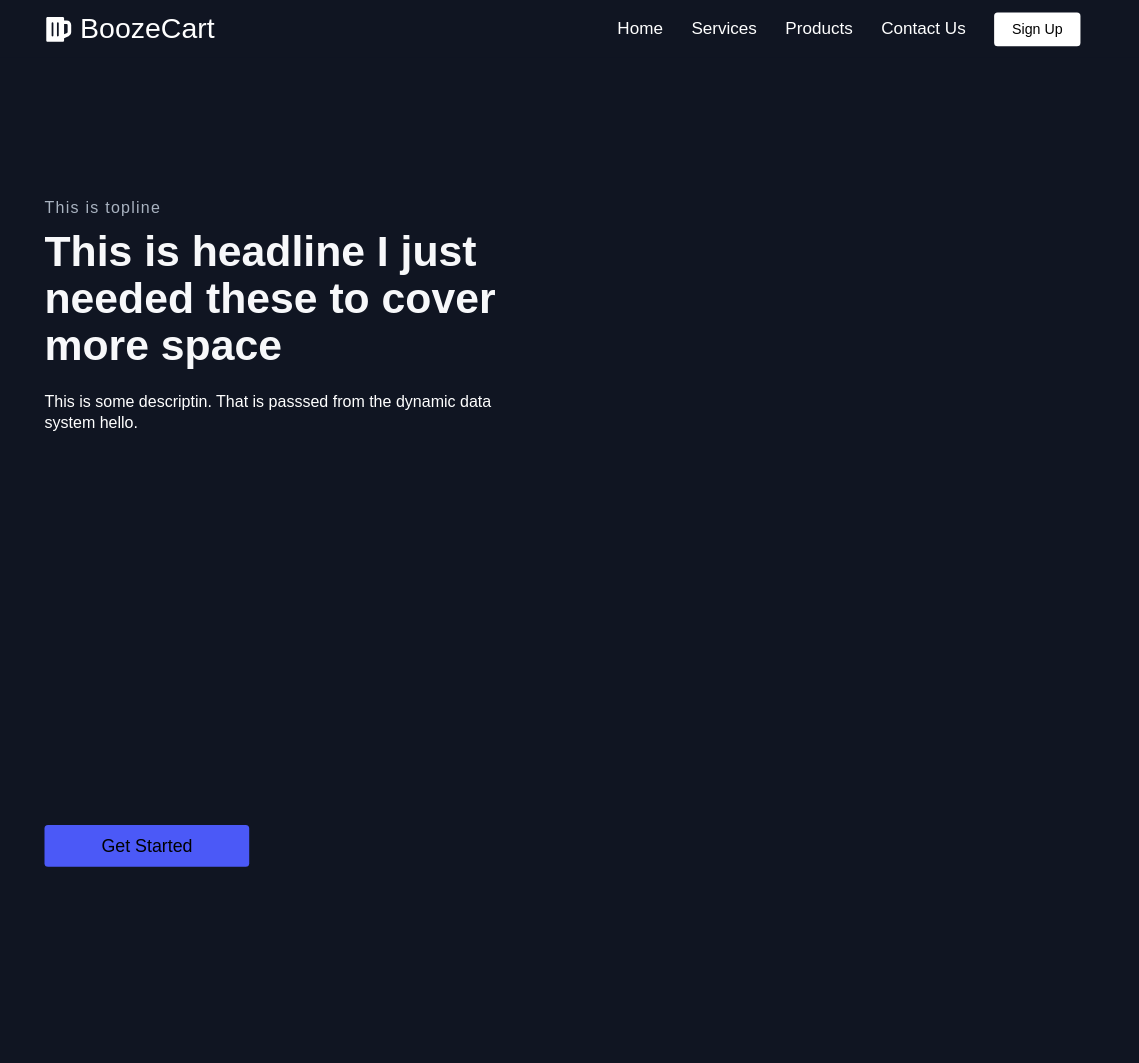
Repository: ajaygc95/Django-and-react
Page: / (app in galamart_sell/boozecart/)
These files come from the project's save history. The page is drawn as it stood at one moment and after the next save; the edit follows.
The browser window is 1280 px wide. The pictures show the whole page, at 89% of full size.
The project was rebuilt for these pictures with package versions that can differ from the ones it lists, and the page was loaded fresh each time.

Above is the page before, as saved 2021-04-13 00:01:12.

### galamart_sell/boozecart/src/App.js
import { Navbar } from "./components";
import { BrowserRouter as Router, Switch, Route } from "react-router-dom";
import GlobalStyle from "./globalStyles";
import Home from "./pages/HomePage/Home";
function App() {
  return (
    <Router>
      <GlobalStyle />
      <Navbar></Navbar>
      <Switch>
        <Route path="/" exact component={Home}></Route>
      </Switch>
    </Router>
  );
}

export default App;

### galamart_sell/boozecart/src/components/index.js
export { default as Navbar } from "./NavBar/Navbar";
export { default as InfoSection } from "./InfoSection/InfoSection";

### galamart_sell/boozecart/src/globalStyles.js
import styled, { createGlobalStyle } from "styled-components";

const GlobalStyle = createGlobalStyle`
*{
    box-sizing: border-box;
    margin: 0;
    padding: 0;
    font-family: 'Source Sans Pro', sans-serif;
}

`;

export const Container = styled.div`
  z-index: 1;
  width: 100%;
  margin-right: auto;
  margin-left: auto;
  max-width: 1300px;
  padding-right: 50px;
  padding-left: 50px;

  @media screen and (max-width: 991px) {
    padding-right: 30px;
    padding-left: 30px;
  }
`;

export const Button = styled.button`
  border-radius: 4px;
  background: ${({ primary }) => (primary ? "#4b59f7" : "white")};
  white-space: nowrap;
  padding: ${({ big }) => (big ? "12px 64px" : "10px 20px")};
  font-size: ${({ fontBig }) => (fontBig ? "20px" : "16px")};
  outline: none;
  border: none;
  cursor: pointer;

  &:hover {
    transition: all 0.3s ease-out;
    background: ${({ primary }) => (primary ? "#0467fb" : "#4b59f7")};
    color: white;
  }

  @media screen and (max-width: 960px) {
    width: 100%;
  }
`;

export default GlobalStyle;

### galamart_sell/boozecart/src/pages/HomePage/Home.js
import React from "react";
import { InfoSection } from "../../components";
import { homeObj } from "./Data";

const Home = () => {
  return (
    <>
      <InfoSection {...homeObj}></InfoSection>
    </>
  );
};

export default Home;

### galamart_sell/boozecart/src/components/NavBar/Navbar.js
import React, { useEffect, useState } from "react";
import { FaBars, FaTimes } from "react-icons/fa";
import { Button } from "../../globalStyles";

import {
  Nav,
  NavbarContainer,
  NavIcon,
  NavLogo,
  MobileIcon,
  NavMenu,
  NavItem,
  NavLinks,
  NavItemBtn,
  NavBtnLink,
} from "./Navbar.element";

const Navbar = () => {
  const [click, setClick] = useState(false);
  const [button, setButton] = useState(true);
  const handleClick = () => setClick(!click);

  const showButton = () => {
    if (window.innerWidth <= 960) {
      setButton(false);
    } else {
      setButton(true);
    }
  };

  useEffect(() => {
    showButton();
  });
  window.addEventListener("resize", showButton);
  return (
    <>
      <Nav>
        <NavbarContainer>
          <NavLogo to="/">
            <NavIcon />
            BoozeCart
          </NavLogo>
          <MobileIcon onClick={handleClick}>
            {click ? <FaTimes /> : <FaBars />}
          </MobileIcon>
          <NavMenu onClick={handleClick} click={click}>
            <NavItem>
              <NavLinks to="/">Home</NavLinks>
            </NavItem>
            <NavItem>
              <NavLinks to="/services">Services</NavLinks>
            </NavItem>
            <NavItem>
              <NavLinks to="/Products">Products</NavLinks>
            </NavItem>
            <NavItem>
              <NavLinks to="/contact">Contact Us</NavLinks>
            </NavItem>
            <NavItemBtn>
              {button ? (
                <NavBtnLink to="/sign-up">
                  <Button> Sign Up</Button>
                </NavBtnLink>
              ) : (
                <NavBtnLink to="/sign-up">
                  <Button fontBig primary>
                    Sign Up
                  </Button>
                </NavBtnLink>
              )}
            </NavItemBtn>
          </NavMenu>
        </NavbarContainer>
      </Nav>
    </>
  );
};

export default Navbar;

### galamart_sell/boozecart/src/components/InfoSection/InfoSection.js
import React from "react";
import { Link } from "react-router-dom";
import { Button, Container } from "../../globalStyles";
import {
  Heading,
  InfoColumn,
  InfoRow,
  InfoSec,
  Subtitle,
  TextWrapper,
  TopLine,
} from "./InfoSection.element";

const InfoSection = ({
  primary,
  lightBg,
  imgStart,
  lightTopLine,
  lightTextDesc,
  buttonLabel,
  description,
  headline,
  lightText,
  topLine,
}) => {
  return (
    <>
      <InfoSec lightBg={lightBg}>
        <Container>
          <InfoRow imgStart={imgStart}>
            <InfoColumn>
              <TextWrapper>
                <TopLine lightTopLine={lightTopLine}>{topLine}</TopLine>
                <Heading lightText={lightText}>{headline}</Heading>
                <Subtitle lightText={lightTextDesc}>{description}</Subtitle>
                <Link to="/sign-up">
                  <Button big fontBig primary={primary}>
                    {buttonLabel}
                  </Button>
                </Link>
              </TextWrapper>
            </InfoColumn>
          </InfoRow>
        </Container>
      </InfoSec>
    </>
  );
};

export default InfoSection;

### galamart_sell/boozecart/src/pages/HomePage/Data.js
export const homeObj = {
  lightBg: false,
  primary: true,
  lightBg: false,
  imgStart: "",
  lightTopLine: true,
  lightTextDesc: true,
  buttonLabel: "Get Started",
  description:
    "This is some descriptin. That is passsed from the dynamic data system hello. ",
  headline: "This is headline I just needed these to cover more space",
  lightText: true,
  topLine: "This is topline",
};

### galamart_sell/boozecart/src/components/NavBar/Navbar.element.js
import styled from "styled-components";
import { Container } from "../../globalStyles";
import { Link } from "react-router-dom";
import { FaBeer } from "react-icons/fa";

export const Nav = styled.nav`
  background: #101522;
  height: 65px;
  display: flex;
  justify-content: center;
  align-items: center;
  font-size: 1.2rem;
  position: sticky;
  top: 0;
  z-index: 999;
  color: white;
`;

export const NavbarContainer = styled(Container)`
  display: flex;
  justify-content: space-between;
  align-items: center;
  height: 65px;
$(Container)

`;

export const NavLogo = styled(Link)`
  color: #fff;
  justify-self: flex-start;
  cursor: pointer;
  text-decoration: none;
  font-size: 2rem;
  display: flex;
  align-items: center;
`;

export const NavIcon = styled(FaBeer)`
  margin-right: 0.5rem;
  color: white;
`;

export const MobileIcon = styled.div`
  display: none;

  @media screen and (max-width: 960px) {
    display: flex;
    align-items: center;
    display: block;
    position: absolute;
    right: 10px;
    line-height: 65px;
    font-size: 2rem;
    cursor: pointer;
  }
`;

export const NavMenu = styled.ul`
  display: flex;
  align-items: center;
  text-align: center;
  list-style: none;

  @media screen and (max-width: 960px) {
    display: flex;
    flex-direction: column;
    width: 100%;
    height: 90vh;
    position: absolute;
    top: 65px;
    left: ${({ click }) => (click ? 0 : "-100%")};
    opacity: 1;
    transition: all 0.3s ease;
    background: #101522;
  }
`;

export const NavItem = styled.li`
  height: 65px;
  border-bottom: 2px solid transparent;

  &:hover {
    border-bottom: 2px solid #0467fb;
  }

  @media screen and (max-width: 960px) {
    width: 100%;
    align-items: center;
    &:hover {
      border: none;
    }
  }
`;

export const NavLinks = styled(Link)`
  color: #fff;
  display: flex;
  align-items: center;
  text-decoration: none;
  padding: 0.5rem 1rem;
  height: 100%;

  &:hover {
    color: #0467fb;
  }

  @media screen and (max-width: 960px) {
    text-align: center;
    padding: 2rem;
    width: 100%;
    display: table;

    &:hover {
      color: #4b59f7;
      transition: all 0.3s ease;
    }
  }
`;

export const NavItemBtn = styled.li`
  display: flex;
  @media screen and (max-width: 960px) {
    display: flex;
    justify-content: center;
    width: 100%;
    width: 100%;
    height: 120px;
  }
`;

export const NavBtnLink = styled(Link)`
  display: flex;
  justify-content: center;
  align-items: center;
  text-decoration: none;
  padding: 8px 16px;
  height: 100%;
  width: 100%;
  border: none;
  outline: none;
`;

### galamart_sell/boozecart/src/components/InfoSection/InfoSection.element.js
import styled from "styled-components";

export const InfoSec = styled.div`
  color: #fff;
  padding: 160px 0;
  background: ${({ lightBg }) => (lightBg ? "#fff" : "#101522")};
`;

export const InfoRow = styled.div`
  display: flex;
  margin: 0 -15px -15px -15px;
  flex-wrap: wrap;
  align-items: center;
  flex-direction: ${({ imgStart }) => (imgStart ? "row-reverse" : "row")};
`;

export const InfoColumn = styled.div`
  margin-bottom: 15px;
  padding-right: 15px;
  padding-left: 15px;
  flex: 1;
  max-width: 50%;
  flex-basis: 50%;

  @media screen and (max-width: 768px) {
    max-width: 100%;
    flex-basis: 100%;
    display: flex;
    justify-content: center;
  }
`;

export const TextWrapper = styled.div`
  max-width: 540px;
  padding-top: 0;
  padding-bottom: 60px;

  @media screen and (max-width: 768px) {
    padding-bottom: 65px;
  }
`;

export const TopLine = styled.div`
  color: ${({ lightTopLine }) => (lightTopLine ? "#a9b3c1" : "#4b59f7")};
  font-size: 18px;
  line-height: 16px;
  letter-spacing: 1.4px;
  margin-bottom: 16px;
`;

export const Heading = styled.h1`
  margin-bottom: 24px;
  font-size: 48px;
  line-height: 1.1;
  color: ${({ lightText }) => (lightText ? "#f7f8fa" : "#1c2237")};
`;

export const Subtitle = styled.p`
  margin-bottom: 440px;
  font-size: 35px;
  font-size: 18px;
  line-height: 24px;
  color: ${({ lightTextDesc }) => (lightTextDesc ? "white" : "white")};
`;

Loaded but not shown: galamart_sell/boozecart/public/index.html (common file); galamart_sell/boozecart/src/index.js (common file)

After the next save:
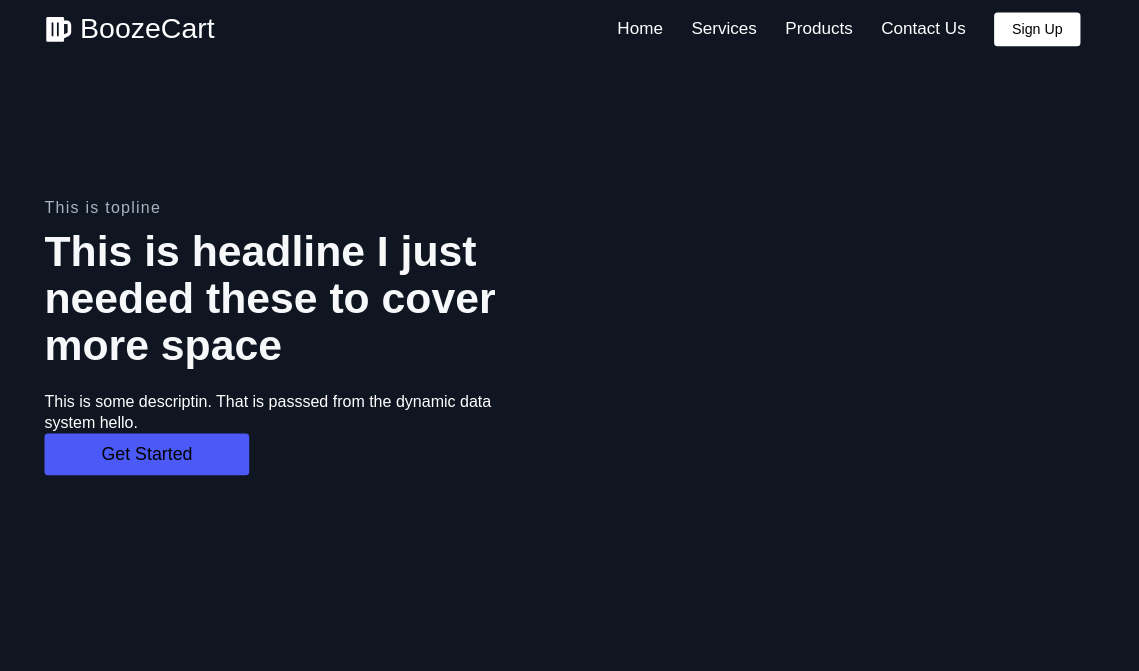
Saved 6 min 47 s later.
--- a/galamart_sell/boozecart/src/components/InfoSection/InfoSection.element.js
+++ b/galamart_sell/boozecart/src/components/InfoSection/InfoSection.element.js
@@ -56,7 +56,6 @@ export const Heading = styled.h1`
 `;
 
 export const Subtitle = styled.p`
-  margin-bottom: 440px;
   font-size: 35px;
   font-size: 18px;
   line-height: 24px;
